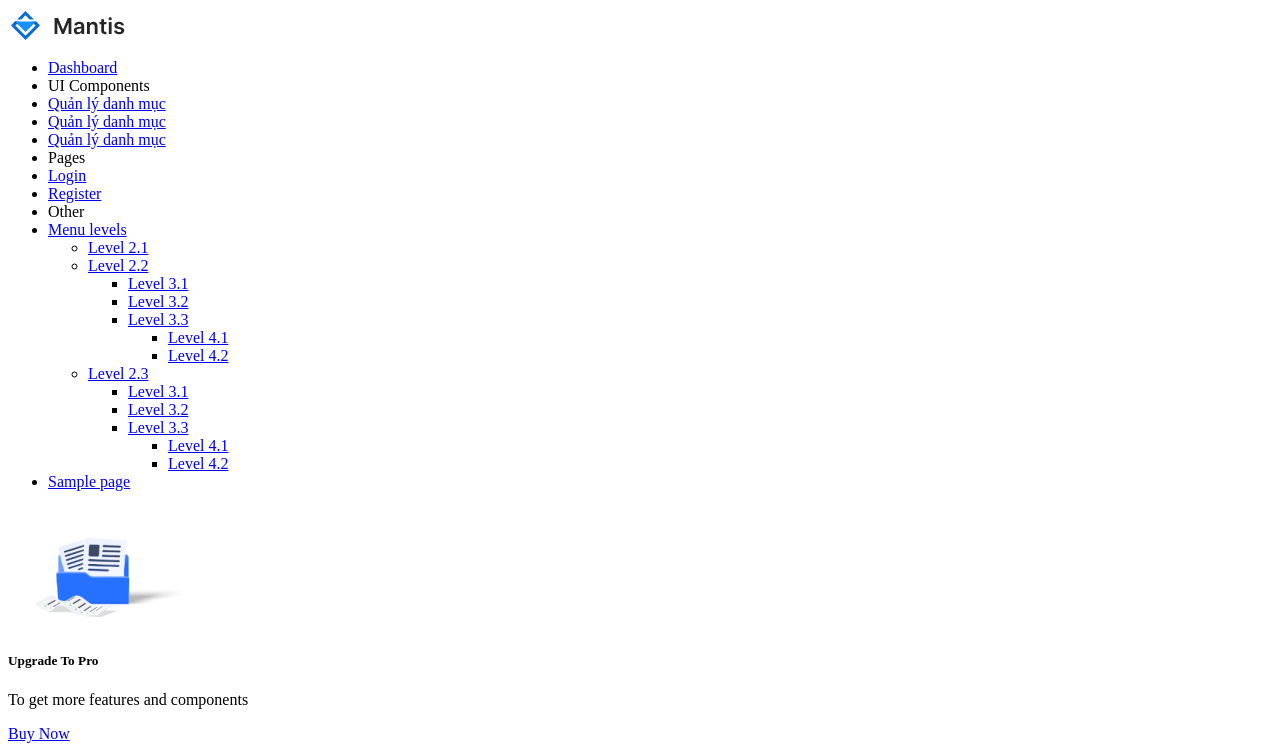
Repository: DucDMinh/LTWebJava_Nhom10
Page: http://localhost/admin/fragments/sidebar
An editor plug-in stored every save of this project. The page is shown before and after the next save, followed by the edit.
The browser window is 1280 px wide. The pictures show the whole page.
The page is this project's Thymeleaf template; nobody is signed in. The template is opened directly, without the code that normally fills it, so the values that code supplies are empty.

Above is the page before, as saved 2025-10-20 00:32:03.

### nhom10/src/main/resources/templates/admin/fragments/sidebar.html

<!-- [ Sidebar Menu ] start -->
<nav class="pc-sidebar" th:fragment="sidebar">
	<div class="navbar-wrapper">
		<div class="m-header">
			<a href="../dashboard/index.html" class="b-brand text-primary"> <!-- ========   Change your logo from here   ============ -->
				<img src="../assets/images/logo-dark.svg" class="img-fluid logo-lg"
				alt="logo">
			</a>
		</div>
		<div class="navbar-content">
			<ul class="pc-navbar">
				<li class="pc-item"><a href="admin" class="pc-link"> <span
						class="pc-micon"><i class="ti ti-dashboard"></i></span> <span
						class="pc-mtext">Dashboard</span>
				</a></li>

				<li class="pc-item pc-caption"><label>UI Components</label> <i
					class="ti ti-dashboard"></i></li>
				<li class="pc-item"><a href="admin/category" class="pc-link">
						<span class="pc-micon"><i class="ti ti-bookmarks"></i></span> <span
						class="pc-mtext">Quản lý danh mục</span>
				</a></li>
				<li class="pc-item"><a href="admin/category" class="pc-link">
						<span class="pc-micon"><i class="ti ti-bookmarks"></i></span> <span
						class="pc-mtext">Quản lý danh mục</span>
				</a></li>
				<li class="pc-item"><a href="admin/category" class="pc-link">
						<span class="pc-micon"><i class="ti ti-bookmarks"></i></span> <span
						class="pc-mtext">Quản lý danh mục</span>
				</a></li>


				<li class="pc-item pc-caption"><label>Pages</label> <i
					class="ti ti-news"></i></li>
				<li class="pc-item"><a href="../pages/login.html"
					class="pc-link"> <span class="pc-micon"><i
							class="ti ti-lock"></i></span> <span class="pc-mtext">Login</span>
				</a></li>
				<li class="pc-item"><a href="../pages/register.html"
					class="pc-link"> <span class="pc-micon"><i
							class="ti ti-user-plus"></i></span> <span class="pc-mtext">Register</span>
				</a></li>

				<li class="pc-item pc-caption"><label>Other</label> <i
					class="ti ti-brand-chrome"></i></li>
				<li class="pc-item pc-hasmenu"><a href="#!" class="pc-link"><span
						class="pc-micon"><i class="ti ti-menu"></i></span><span
						class="pc-mtext">Menu levels</span><span class="pc-arrow"><i
							data-feather="chevron-right"></i></span></a>
					<ul class="pc-submenu">
						<li class="pc-item"><a class="pc-link" href="#!">Level
								2.1</a></li>
						<li class="pc-item pc-hasmenu"><a href="#!" class="pc-link">Level
								2.2<span class="pc-arrow"><i data-feather="chevron-right"></i></span>
						</a>
							<ul class="pc-submenu">
								<li class="pc-item"><a class="pc-link" href="#!">Level
										3.1</a></li>
								<li class="pc-item"><a class="pc-link" href="#!">Level
										3.2</a></li>
								<li class="pc-item pc-hasmenu"><a href="#!" class="pc-link">Level
										3.3<span class="pc-arrow"><i
											data-feather="chevron-right"></i></span>
								</a>
									<ul class="pc-submenu">
										<li class="pc-item"><a class="pc-link" href="#!">Level
												4.1</a></li>
										<li class="pc-item"><a class="pc-link" href="#!">Level
												4.2</a></li>
									</ul></li>
							</ul></li>
						<li class="pc-item pc-hasmenu"><a href="#!" class="pc-link">Level
								2.3<span class="pc-arrow"><i data-feather="chevron-right"></i></span>
						</a>
							<ul class="pc-submenu">
								<li class="pc-item"><a class="pc-link" href="#!">Level
										3.1</a></li>
								<li class="pc-item"><a class="pc-link" href="#!">Level
										3.2</a></li>
								<li class="pc-item pc-hasmenu"><a href="#!" class="pc-link">Level
										3.3<span class="pc-arrow"><i
											data-feather="chevron-right"></i></span>
								</a>
									<ul class="pc-submenu">
										<li class="pc-item"><a class="pc-link" href="#!">Level
												4.1</a></li>
										<li class="pc-item"><a class="pc-link" href="#!">Level
												4.2</a></li>
									</ul></li>
							</ul></li>
					</ul></li>
				<li class="pc-item"><a href="../other/sample-page.html"
					class="pc-link"> <span class="pc-micon"><i
							class="ti ti-brand-chrome"></i></span> <span class="pc-mtext">Sample
							page</span>
				</a></li>
			</ul>
			<div class="card text-center">
				<div class="card-body">
					<img src="../assets/images/img-navbar-card.png" alt="images"
						class="img-fluid mb-2">
					<h5>Upgrade To Pro</h5>
					<p>To get more features and components</p>
					<a
						href="https://codedthemes.com/item/berry-bootstrap-5-admin-template/"
						target="_blank" class="btn btn-success">Buy Now</a>
				</div>
			</div>
		</div>
	</div>
</nav>
<!-- [ Sidebar Menu ] end -->

### nhom10/src/main/resources/static/assets/images/logo-dark.svg
<svg width="118" height="35" viewBox="0 0 118 35" fill="none" xmlns="http://www.w3.org/2000/svg"><path d="M4.63564 15.8644L6.94797 13.552L6.95038 13.5496H11.3006L9.56969 15.2806L9.12278 15.7275L7.35024 17.5L7.56977 17.7201L17.5 27.6498L27.6498 17.5L25.8766 15.7275L25.7518 15.602L23.6994 13.5496H28.0496L28.052 13.552L29.8644 15.3644L32 17.5L17.5 32L3 17.5L4.63564 15.8644ZM17.5 3L25.8784 11.3784H21.5282L17.5 7.35024L13.4718 11.3784H9.12158L17.5 3Z" fill="#096dd9"></path><path d="M7.35025 17.5L9.1228 15.7275L9.5697 15.2805L7.83937 13.5496H6.95039L6.94798 13.552L4.63564 15.8644L6.8551 18.073L7.35025 17.5Z" fill="url(#paint0_linear)"></path><path d="M25.8767 15.7275L27.6498 17.5L27.4743 17.6755L27.4749 17.6761L29.8644 15.3644L28.0521 13.552L28.0497 13.5496H27.8736L25.7518 15.602L25.8767 15.7275Z" fill="url(#paint1_linear)"></path><path d="M6.94549 13.5496L6.9479 13.552L9.12272 15.7275L17.4999 24.1041L28.0544 13.5496H6.94549Z" fill="#1890ff"></path><path d="M46.5781 10V26H49.3594V14.9844H49.5078L53.9297 25.9531H56.0078L60.4297 15.0078H60.5781V26H63.3594V10H59.8125L55.0625 21.5937H54.875L50.125 10H46.5781ZM69.8438 26.2422C71.7266 26.2422 72.8516 25.3594 73.3672 24.3516H73.4609V26H76.1797V17.9687C76.1797 14.7969 73.5937 13.8438 71.3047 13.8438C68.7813 13.8438 66.8437 14.9687 66.2188 17.1562L68.8594 17.5312C69.1406 16.7109 69.9375 16.0078 71.3203 16.0078C72.6328 16.0078 73.3516 16.6797 73.3516 17.8594V17.9062C73.3516 18.7188 72.5 18.7578 70.3828 18.9844C68.0547 19.2344 65.8281 19.9297 65.8281 22.6328C65.8281 24.9922 67.5547 26.2422 69.8438 26.2422ZM70.5781 24.1641C69.3984 24.1641 68.5547 23.625 68.5547 22.5859C68.5547 21.5 69.5 21.0469 70.7656 20.8672C71.5078 20.7656 72.9922 20.5781 73.3594 20.2812V21.6953C73.3594 23.0312 72.2813 24.1641 70.5781 24.1641ZM81.8516 18.9687C81.8516 17.2344 82.8984 16.2344 84.3906 16.2344C85.8516 16.2344 86.7266 17.1953 86.7266 18.7969V26H89.5547V18.3594C89.5625 15.4844 87.9219 13.8438 85.4453 13.8438C83.6484 13.8438 82.4141 14.7031 81.8672 16.0391H81.7266V14H79.0234V26H81.8516V18.9687ZM98.4219 14H96.0547V11.125H93.2266V14H91.5234V16.1875H93.2266V22.8594C93.2109 25.1172 94.8516 26.2266 96.9766 26.1641C97.7813 26.1406 98.3359 25.9844 98.6406 25.8828L98.1641 23.6719C98.0078 23.7109 97.6875 23.7812 97.3359 23.7812C96.625 23.7812 96.0547 23.5312 96.0547 22.3906V16.1875H98.4219V14ZM100.787 26H103.615V14H100.787V26ZM102.209 12.2969C103.107 12.2969 103.842 11.6094 103.842 10.7656C103.842 9.91406 103.107 9.22656 102.209 9.22656C101.303 9.22656 100.568 9.91406 100.568 10.7656C100.568 11.6094 101.303 12.2969 102.209 12.2969ZM116.008 17.1719C115.617 15.1406 113.992 13.8438 111.18 13.8438C108.289 13.8438 106.32 15.2656 106.328 17.4844C106.32 19.2344 107.398 20.3906 109.703 20.8672L111.75 21.2969C112.852 21.5391 113.367 21.9844 113.367 22.6641C113.367 23.4844 112.477 24.1016 111.133 24.1016C109.836 24.1016 108.992 23.5391 108.75 22.4609L105.992 22.7266C106.344 24.9297 108.195 26.2344 111.141 26.2344C114.141 26.2344 116.258 24.6797 116.266 22.4062C116.258 20.6953 115.156 19.6484 112.891 19.1562L110.844 18.7188C109.625 18.4453 109.141 18.0234 109.148 17.3281C109.141 16.5156 110.039 15.9531 111.219 15.9531C112.523 15.9531 113.211 16.6641 113.43 17.4531L116.008 17.1719Z" fill="#000" fill-opacity="0.85"></path><defs><linearGradient id="paint0_linear" x1="8.62526" y1="14.0888" x2="5.56709" y2="17.1469" gradientUnits="userSpaceOnUse"><stop stop-color="#003a8c"></stop><stop offset="0.9637" stop-color="#096dd9" stop-opacity="0"></stop></linearGradient><linearGradient id="paint1_linear" x1="26.2675" y1="14.1279" x2="28.7404" y2="16.938" gradientUnits="userSpaceOnUse"><stop stop-color="#003a8c"></stop><stop offset="1" stop-color="#096dd9" stop-opacity="0"></stop></linearGradient></defs></svg>

After the next save:
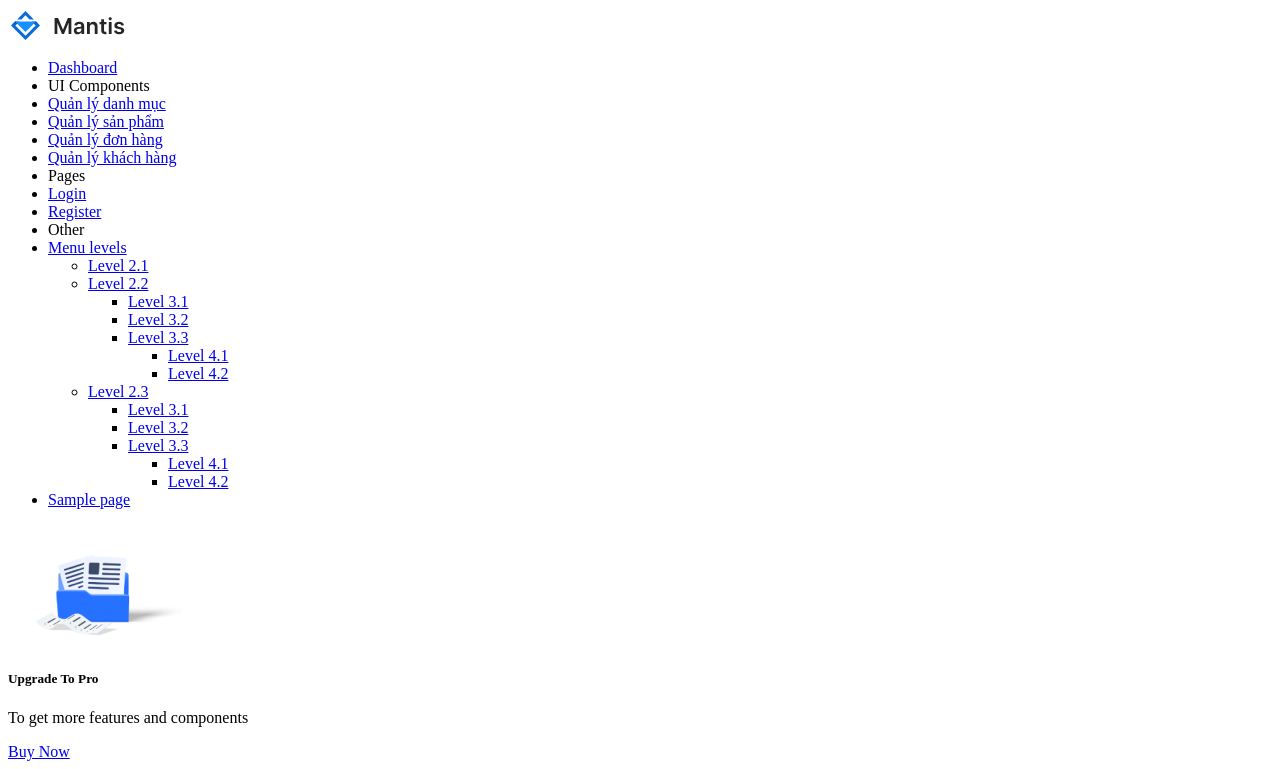
Saved 7 min 38 s later.
--- a/nhom10/src/main/resources/templates/admin/fragments/sidebar.html
+++ b/nhom10/src/main/resources/templates/admin/fragments/sidebar.html
@@ -22,12 +22,16 @@
 						class="pc-mtext">Quản lý danh mục</span>
 				</a></li>
 				<li class="pc-item"><a href="admin/category" class="pc-link">
-						<span class="pc-micon"><i class="ti ti-bookmarks"></i></span> <span
-						class="pc-mtext">Quản lý danh mục</span>
+						<span class="pc-micon"><i class="ti ti-brand-producthunt"></i></span> <span
+						class="pc-mtext">Quản lý sản phẩm</span>
 				</a></li>
 				<li class="pc-item"><a href="admin/category" class="pc-link">
 						<span class="pc-micon"><i class="ti ti-bookmarks"></i></span> <span
-						class="pc-mtext">Quản lý danh mục</span>
+						class="pc-mtext">Quản lý đơn hàng</span>
+				</a></li>
+				<li class="pc-item"><a href="admin/category" class="pc-link">
+						<span class="pc-micon"><i class="ti ti-bookmarks"></i></span> <span
+						class="pc-mtext">Quản lý khách hàng</span>
 				</a></li>
 
 
